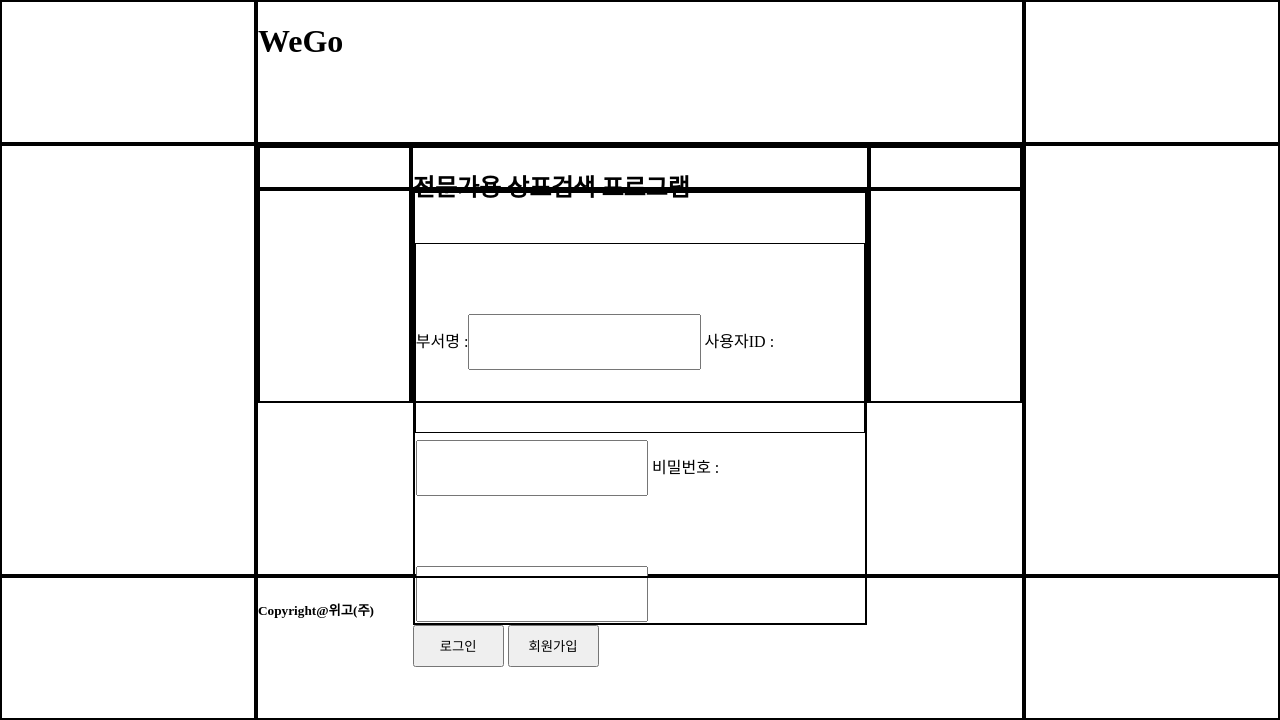
Repository: hamuse/wego1
Page: http://localhost/teamW1/facade.do
An editor plug-in stored every save of this project. The page is shown before and after the next save, followed by the edit.
The browser window is 1280 px wide. The pictures show the whole page.
Some web libraries are served in a nearby version. The page is served by Tomcat 9.

Above is the page before, as saved 2019-10-07 11:01:37.

After the next save:
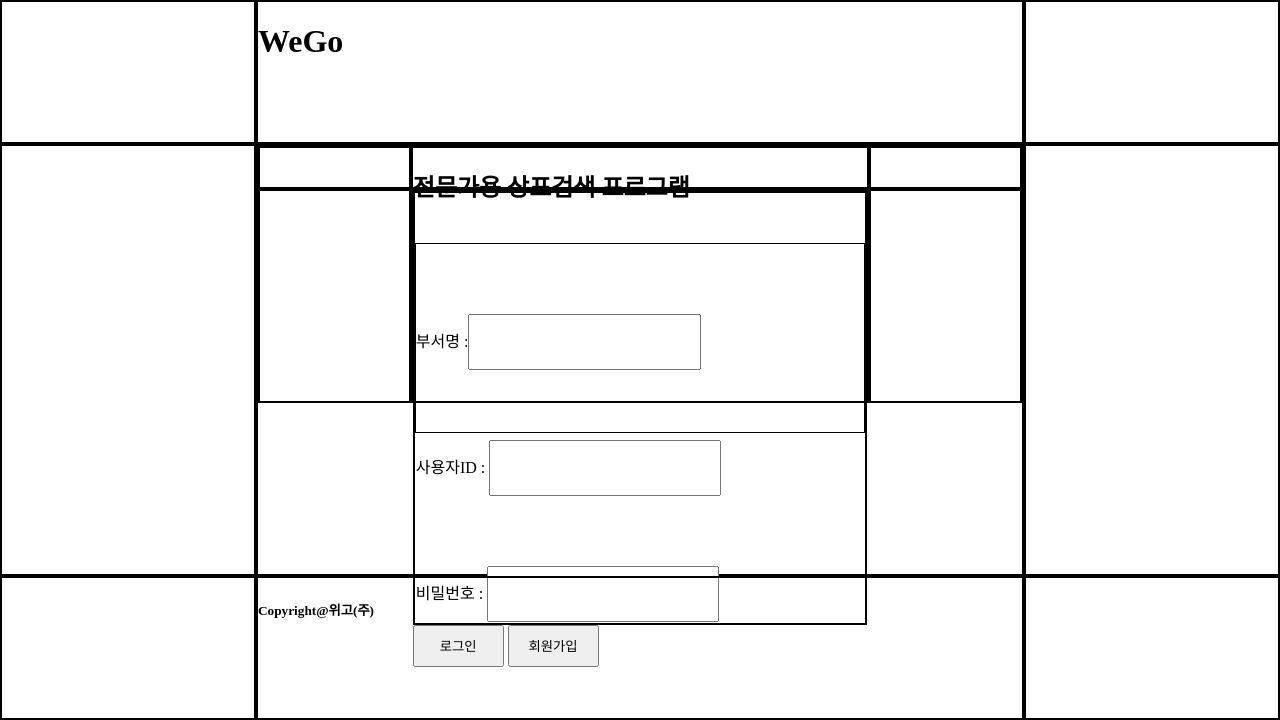
Saved 32 s later.
--- a/teamW1/WebContent/WEB-INF/views/facade/login.jsp
+++ b/teamW1/WebContent/WEB-INF/views/facade/login.jsp
@@ -3,9 +3,9 @@
 <form id="login_form">
 <div id="login_tab">
     <div class="login_tab_item_1">
-  부서명 :<input id="d_Name" class="input_text" type="text" name="dName"/>
-  사용자ID : <input id="userName" class="input_text" type="text" name="empNo"/>
-  비밀번호 : <input id="userPw" class="input_text" type="text" name="eName"/>
+  부서명 :<input id="d_Name" class="input_text" type="text" name="dName"/><br/>
+  사용자ID : <input id="userName" class="input_text" type="text" name="empNo"/><br/>
+  비밀번호 : <input id="userPw" class="input_text" type="text" name="eName"/><br/>
     </div>
 </div>
     <input type="hidden" name="action" value="login" />
